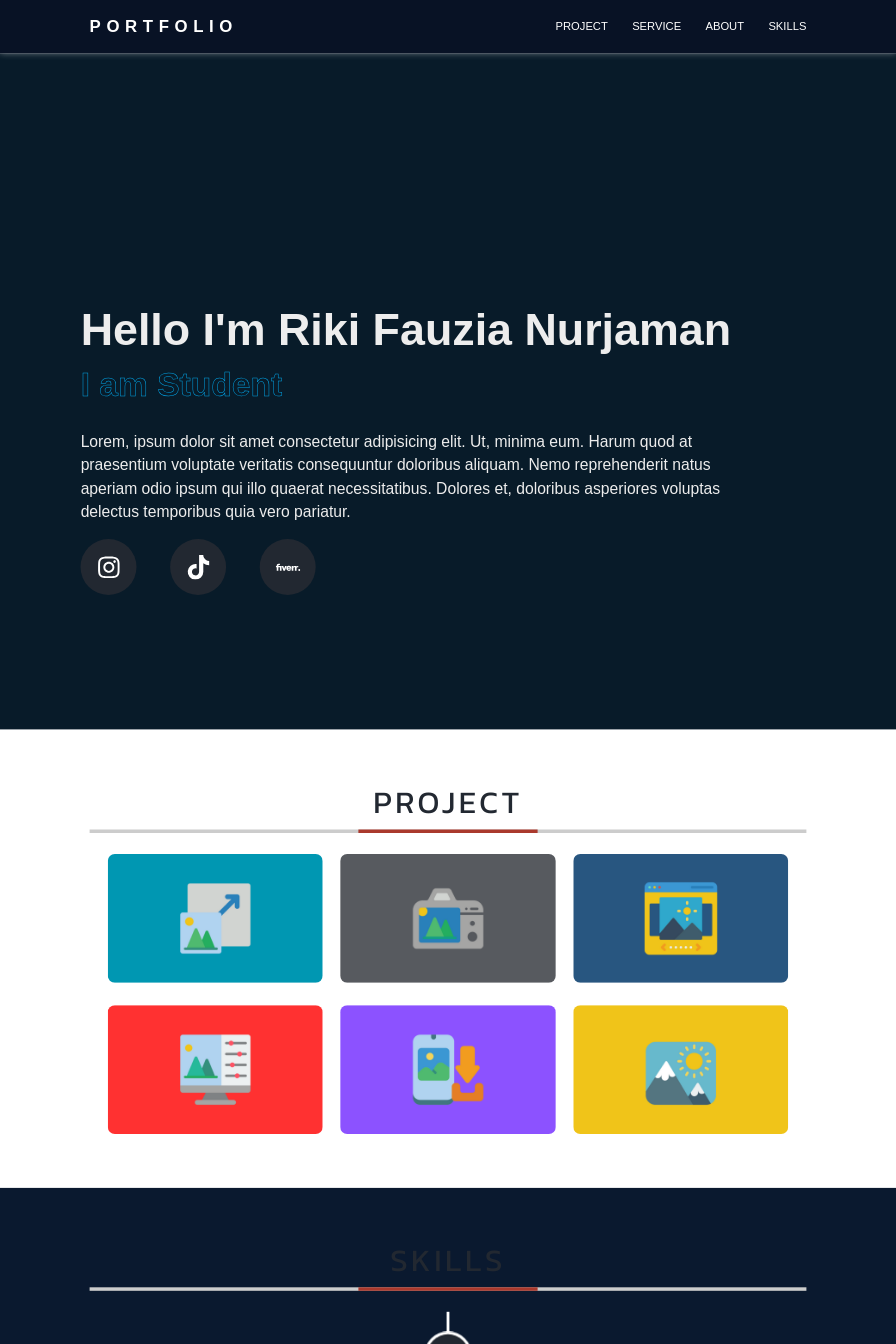
Repository: sellayspy/Portofolio
Page: /
The author's editor kept a copy of each file at every save. The page is drawn from the files as they stood at one save, then again after the next save.
The browser window is 1280 px wide. The pictures show the part of the page from y = 0 to 1920 px (the page is 4094 px tall), at 70% of full size.
The project was rebuilt for these pictures with package versions that can differ from the ones it lists, and the page was loaded fresh each time. Also part of the build but not shown: vite.config.js, src/styles/DetailPortfolio.css, src/components/ScrollToTop.jsx, src/pages/DetailPortfolio.jsx, src/pages/PagesNotFound.jsx.

Above is the page before, as saved 2024-09-15 16:24:59.

### index.html
<!DOCTYPE html>
<html lang="en">
  <head>
    <meta charset="UTF-8" />
    <link rel="icon" type="image/svg+xml" href="/vite.svg" />
    <meta name="viewport" content="width=device-width, initial-scale=1.0" />
    <title>Portofolio RikiFN</title>
  </head>
  <body>
    <div id="root"></div>
    <script type="module" src="/src/main.jsx"></script>
  </body>
</html>

### src/App.jsx
import "./App.css";
import Home from "./pages/Home";
import DetailPortfolio from "./pages/DetailPortfolio";

import { BrowserRouter, Routes, Route } from "react-router-dom";
import PagesNotFound from "./pages/PagesNotFound";

const App = () => {
  return (
    <BrowserRouter>
      <Routes>
        <Route path="/" element={<Home />} />
        <Route path="/portfolio/:id" element={<DetailPortfolio />} />
        <Route path="/pages-not-found" element={<PagesNotFound />} />
        <Route path="*" element={<PagesNotFound />} />
      </Routes>
    </BrowserRouter>
  );
};

export default App;

### src/App.css
/* Global */
@import url("https://fonts.googleapis.com/css2?family=Nunito+Sans:opsz,wght@6..12,300&display=swap");
@import url("https://fonts.googleapis.com/css2?family=Kanit&display=swap");

html,
body {
  margin: 0px;
  padding: 0px;
  border: none;
  outline: none;
  box-sizing: border-box;
  text-decoration: none;
  scroll-behavior: smooth;
  font-family: "poppins", sans-serif;
}
.wrapper {
  width: 1024px;
  margin: auto;
  padding: 20px 0px 20px 0px;
}

section {
  padding: 50px 0px 50px 0px;
}

.wrapper > h3,
.wrapper > h1 {
  text-align: center;
  font-size: 2.8rem;
  margin: 0px 0px 30px 0px;
  padding: 0px;
  font-family: "Kanit", sans-serif;
  color: #222831;
  letter-spacing: 5px;
  text-transform: uppercase;
  border-bottom: 5px solid #cccccc;
}
.wrapper > h3::after,
.wrapper > h1::after {
  content: "";
  display: block;
  border-bottom: 5px solid #aa392d;
  width: 25%;
  position: relative;
  bottom: -5px; /* your padding + border-width */
  margin: auto;
}

@media only screen and (max-width: 1000px) {
  .wrapper {
    width: 80%;
  }
}

### src/pages/Home.jsx
import About from "../components/About";
import Experience from "../components/Experience";
import Footer from "../components/Footer";
import Header from "../components/Header";
import Navbar from "../components/Navbar";
import Portfolio from "../components/Portfolio";

function Home() {
  return (
    <>
      <Navbar />
      <Header />
      <Portfolio />
      <Experience />
      <About />
      <Footer />
    </>
  );
}

export default Home;

### src/components/About.jsx
import { FaHtml5 } from "react-icons/fa";
import { IoLogoJavascript } from "react-icons/io";
import { FaCss3 } from "react-icons/fa";
import { FaLaravel } from "react-icons/fa";
import { FaReact } from "react-icons/fa";
import { RiTailwindCssFill } from "react-icons/ri";
import { SiCoreldraw } from "react-icons/si";
import { SiAdobephotoshop } from "react-icons/si";
import "../styles/About.css";

const About = () => {
  return (
    <section id="about">
      <div className="wrapper">
        <h3>About</h3>
        <p>
          Lorem ipsum dolor sit amet consectetur adipisicing elit. Totam magni,
          dolorum, explicabo obcaecati ut impedit officiis quae non natus
          praesentium ex, excepturi asperiores laboriosam distinctio vitae
          cupiditate nulla debitis consectetur?
        </p>
        <p>
          Lorem ipsum dolor sit amet consectetur, adipisicing elit. Corporis,
          similique.
        </p>
        <p>Lorem ipsum dolor sit amet.</p>
        <h4>Programing Language & Tools</h4>
        <div className="skills">
          <FaHtml5 />
          <FaCss3 />
          <IoLogoJavascript />
          <RiTailwindCssFill />
          <FaLaravel />
          <FaReact />
          <SiCoreldraw />
          <SiAdobephotoshop />
        </div>
      </div>
    </section>
  );
};

export default About;

### src/components/Experience.jsx
import {
  VerticalTimeline,
  VerticalTimelineElement,
} from "react-vertical-timeline-component";
import "react-vertical-timeline-component/style.min.css";
import { SiNestjs } from "react-icons/si";
import { FaLaravel } from "react-icons/fa";
import { RiReactjsLine } from "react-icons/ri";
import { RiNextjsFill } from "react-icons/ri";
import { FaJava } from "react-icons/fa";
import { SiCoreldraw } from "react-icons/si";
import { DiPhotoshop } from "react-icons/di";
import "../styles/Experience.css";
const Experience = () => {
  return (
    <section id="experience">
      <div className="wrapper">
        <h3>Skills</h3>

        <VerticalTimeline>
          <VerticalTimelineElement
            className="vertical-timeline-element--work"
            iconStyle={{ background: "#222831", color: "#fff" }}
            icon={<SiCoreldraw />}
          >
            <h3 className="vertical-timeline-element-title">Design Grafis</h3>
            <h4 className="vertical-timeline-element-subtitle">
              2018 - Present
            </h4>
            <p>User Experience, Visual Design</p>
          </VerticalTimelineElement>
          <VerticalTimelineElement
            className="vertical-timeline-element--work"
            iconStyle={{ background: "#222831", color: "#fff" }}
            icon={<DiPhotoshop />}
          >
            <h3 className="vertical-timeline-element-title">Design Grafis</h3>
            <h4 className="vertical-timeline-element-subtitle">
              2018 - Present
            </h4>
            <p>User Experience, Visual Design</p>
          </VerticalTimelineElement>
          <VerticalTimelineElement
            className="vertical-timeline-element--work"
            iconStyle={{ background: "#222831", color: "#fff" }}
            icon={<RiReactjsLine />}
          >
            <h3 className="vertical-timeline-element-title">Web Development</h3>
            <h4 className="vertical-timeline-element-subtitle">
              2018 - Present
            </h4>
            <p>User Experience, Visual Design</p>
          </VerticalTimelineElement>
          <VerticalTimelineElement
            className="vertical-timeline-element--work"
            date="2024 - present"
            iconStyle={{ background: "#222831", color: "#fff" }}
            icon={<RiNextjsFill />}
          >
            <h3 className="vertical-timeline-element-title">Web Designer</h3>
            <h4 className="vertical-timeline-element-subtitle">
              Los Angeles, CA
            </h4>
            <p>User Experience, Visual Design</p>
          </VerticalTimelineElement>
          <VerticalTimelineElement
            className="vertical-timeline-element--work"
            date="2024 - present"
            iconStyle={{ background: "#222831", color: "#fff" }}
            icon={<FaJava />}
          >
            <h3 className="vertical-timeline-element-title">Web Designer</h3>
            <h4 className="vertical-timeline-element-subtitle">
              Los Angeles, CA
            </h4>
            <p>User Experience, Visual Design</p>
          </VerticalTimelineElement>
          <VerticalTimelineElement
            className="vertical-timeline-element--work"
            date="2024 - present"
            iconStyle={{ background: "#222831", color: "#fff" }}
            icon={<SiCoreldraw />}
          >
            <h3 className="vertical-timeline-element-title">Web Designer</h3>
            <h4 className="vertical-timeline-element-subtitle">
              Los Angeles, CA
            </h4>
            <p>User Experience, Visual Design</p>
          </VerticalTimelineElement>
          <VerticalTimelineElement
            className="vertical-timeline-element--work"
            date="2024 - present"
            iconStyle={{ background: "#222831", color: "#fff" }}
            icon={<DiPhotoshop />}
          >
            <h3 className="vertical-timeline-element-title">Web Designer</h3>
            <h4 className="vertical-timeline-element-subtitle">
              Los Angeles, CA
            </h4>
            <p>User Experience, Visual Design</p>
          </VerticalTimelineElement>
        </VerticalTimeline>
      </div>
    </section>
  );
};

export default Experience;

### src/components/Footer.jsx
import "../styles/Footer.css";

const Footer = () => {
  return <footer>&copy; 2024. Riki Fauzia Nurjaman</footer>;
};

export default Footer;

### src/components/Header.jsx
import profilePicture from "../assets/test.png";
import { FaInstagram } from "react-icons/fa";
import { FaTiktok } from "react-icons/fa";
import { SiFiverr } from "react-icons/si";
import "../styles/Header.css";
const Header = () => {
  return (
    <header>
      <div className="header-jumbotron">
        <h1>Hello I'm Riki Fauzia Nurjaman</h1>
        <h2>
          I am <span className="type-animation">Student</span>
        </h2>
        <p>
          Lorem, ipsum dolor sit amet consectetur adipisicing elit. Ut, minima
          eum. Harum quod at praesentium voluptate veritatis consequuntur
          doloribus aliquam. Nemo reprehenderit natus aperiam odio ipsum qui
          illo quaerat necessitatibus. Dolores et, doloribus asperiores voluptas
          delectus temporibus quia vero pariatur.
        </p>
        <div className="socialMedia">
          <a href="https://www.instagram.com/rikifauzianurjaman/">
            <FaInstagram />
          </a>
          <a href="https://www.tiktok.com/@officialspylike">
            <FaTiktok />
          </a>
          <a href="https://www.fiverr.com/rikifauzianurja">
            <SiFiverr />
          </a>
        </div>
      </div>
    </header>
  );
};

export default Header;

### src/components/Navbar.jsx
import { FaBars } from "react-icons/fa6";
import { IoClose } from "react-icons/io5";
import "../styles/Navbar.css";
import { useState } from "react";
import { HashLink } from "react-router-hash-link";
import { Link } from "react-router-dom";

const Navbar = () => {
  const [statusTampil, setStatusTampil] = useState("");

  const tampilMenu = () => {
    if (statusTampil == "") {
      setStatusTampil("tampil");
    } else {
      setStatusTampil("");
    }
  };
  return (
    <nav>
      <div className="wrapper">
        <div className="logo">
          <Link to="/">Portfolio</Link>
        </div>
        <button onClick={tampilMenu}>
          {statusTampil == "" ? <FaBars /> : <IoClose />}
        </button>
        <div className={`menu ${statusTampil}`} onClick={tampilMenu}>
          <ul>
            <li>
              <HashLink to="/#portfolio">Project</HashLink>
            </li>
            <li>
              <HashLink to="/#contact">Service</HashLink>
            </li>
            <li>
              <HashLink to="/#about">About</HashLink>
            </li>
            <li>
              <HashLink to="/#experience">Skills</HashLink>
            </li>
          </ul>
        </div>
      </div>
    </nav>
  );
};

export default Navbar;

### src/components/Portfolio.jsx
import { portfolioList } from "../data/DataPortfolio";

import { Link } from "react-router-dom";

import "../styles/Portfolio.css";

const Portfolio = () => {
  return (
    <section id="portfolio">
      <div className="wrapper">
        <h3>Project</h3>
        <div className="grid">
          {portfolioList.map((item) => {
            return (
              <div className="item" key={item.id}>
                <Link to={`/portfolio/${item.id}`}>
                  <img src={item.image} />
                </Link>
              </div>
            );
          })}
        </div>
      </div>
    </section>
  );
};

export default Portfolio;

### src/data/DataPortfolio.jsx
import portfolio1 from "../assets/portfolio1.png";
import portfolio2 from "../assets/portfolio2.png";
import portfolio3 from "../assets/portfolio3.png";
import portfolio4 from "../assets/portfolio4.png";
import portfolio5 from "../assets/portfolio5.png";
import portfolio6 from "../assets/portfolio6.png";

export const portfolioList = [
  {
    id: "1",
    title: "Website Portofolio",
    image: portfolio1,
    skill: "html, css, javascript",
  },
  {
    id: "2",
    title: "Website Portofolio2",
    image: portfolio2,
    skill: "laravel, react, api, typescript, tailwind",
  },
  {
    id: "3",
    title: "Website Portofolio3",
    image: portfolio3,
    skill: "react, javascript, css, html",
  },
  {
    id: "4",
    title: "Website Portofolio4",
    image: portfolio4,
    skill: "reactjs, typescript, tailwind, nodejs",
  },
  {
    id: "5",
    title: "Desain Grafis Portofolio",
    image: portfolio5,
    skill: "adobephotoshop, coreldraw",
  },
  {
    id: "6",
    title: "Desain Grafis Portofolio2",
    image: portfolio6,
    skill: "adobephotoshop, coreldraw",
  },
];

### src/styles/About.css
#about {
  background-color: #eaedef;
  position: relative;
  font-size: 1.2rem;
}
#about > .wrapper {
  margin: auto;
  width: 50%;
}
#about > .wrapper > h3 {
  text-align: center;
  font-size: 2.8rem;
  margin: 0px 0px 30px 0px;
  padding: 0px;
  font-family: "Kanit", sans-serif;
  color: #333;
  letter-spacing: 5px;
  text-transform: uppercase;
}
#about > .wrapper > p {
  text-align: center;
}

#about > .wrapper > h4 {
  text-align: center;
  font-size: 1.4rem;
  margin: 0px 0px 20px 0px;
  padding: 0px;
  font-family: "Kanit", sans-serif;
  letter-spacing: 5px;
  color: #333;
}
.skills {
  text-align: center;
}
.skills > svg {
  display: inline-block;
  color: #74797e;
  width: 50px;
  height: auto;
  margin: 10px;
  cursor: pointer;
}

.skills > svg:hover {
  color: #aa392d;
}

@media only screen and (max-width: 1000px) {
  #about > .wrapper {
    width: 80%;
  }
}

### src/styles/Experience.css
#experience {
  background-color: #0a192f;
  position: relative;
}

### src/styles/Footer.css
footer {
  background-color: #39404a;
  text-align: center;
  line-height: 100px;
  color: #fff;
  letter-spacing: 5px;
}

### src/styles/Header.css
:root {
  --bg-color: #081b29;
  --second-bg-color: #112e43;
  --text-color: #ededed;
  --main-color: #00abf0;
}

header {
  background-color: var(--bg-color);
  color: var(--text-color);
  padding: 10rem 9% 2rem;
}

.header-jumbotron {
  width: 60rem;
  padding: 10rem 0;
}

.header-jumbotron h1 {
  font-size: 4rem;
  line-height: 1;
}

.header-jumbotron h2 {
  margin-top: -20px;
  font-size: 3rem;
  color: transparent;
  -webkit-text-stroke: 0.7px var(--main-color);
  line-height: 1;
}

.header-jumbotron p {
  font-size: 1.4rem;
  line-height: 1.5;
}

.socialMedia {
  color: #fff;
  display: flex;
  gap: 3rem;
}

.socialMedia > a {
  background-color: #222831;
  color: #fff;
  width: 80px;
  height: 80px;
  border-radius: 50%;
  display: flex;
  justify-content: center;
  align-items: center;
  transition: transform 0.3s ease-in-out;
}

.socialMedia > a > svg {
  height: 35px;
  width: auto;
}

/*
.socialMedia > a:hover {
  background-color: #aa392d;
  box-shadow: 0px 0px 10px rgba(255, 255, 255, 0.5);
  transform: scale(1.2);
} */

/* .header-jumbotron > img {
  width: 280px;
  border: 5px solid skyblue;
  border-radius: 100%;
  box-shadow: 0px 0px 20px rgba(255, 255, 255, 0.5);
}

.header-jumbotron > .header-text > .animated-tex {
  color: #fff;
  margin: 20px 0px 0px 0px;
  padding: 0px;
  font-size: 2.5rem;
}

.animated-tex span {
  position: relative;
}

.animated-tex span::before {
  content: "Student";
  background: linear-gradient(270deg, #df8908 10%, #b415ff 100%);
  background-clip: text;
  -webkit-background-clip: text;
  -webkit-text-fill-color: transparent;
  animation: words 20s infinite;
}

.animated-tex span::after {
  content: "";
  position: absolute;
  width: calc(100% + 8px);
  height: 100%;
  background-color: #0a192f;
  border-left: 2px solid #e03fd8;
  right: -2px;
  animation: cursor 0.8s infinite, typing 20s steps(14) infinite;
}
@keyframes cursor {
  to {
    border-left: 2px solid #fff;
  }
}
@keyframes words {
  0%,
  34% {
    content: "Programmer";
  }
  25%,
  68% {
    content: "Designer";
  }
  69%,
  100% {
    content: "Gamer";
  }
}
@keyframes typing {
  10%,
  15%,
  30%,
  35%,
  50%,
  55%,
  70%,
  75%,
  90%,
  95% {
    width: 0;
  }
  5%,
  20%,
  25%,
  40%,
  45%,
  60%,
  65%,
  80%,
  85% {
    width: calc(100% + 8px);
  }
}

.header-jumbotron > .header-text > h3 {
  position: relative;
  color: #0e3742;
  margin: 10px 0px 0px 0px;
  padding: 0px;
  font-size: 3.5rem;
  text-transform: uppercase;
  line-height: 0.7em;
  outline: none;
  animation: animate 5s linear forwards;
}

@keyframes animate {
  0% {
    color: #0e3742;
    text-shadow: none;
  }
  100% {
    color: #fff;
    text-shadow: 0 0 10px #03bcf4, 0 0 20px #03bcf4, 0 0 40px #03bcf4,
      0 0 80px #03bcf4, 0 0 160px #03bcf4;
  }
}

.header-jumbotron > .header-text > p {
  padding: 15px;
  margin: 0px 5px 20px 5px;
  color: #fff;
  font-size: 1.2rem;
}

} */

### src/styles/Navbar.css
nav {
  background-color: #081225;
  color: #fff;
  position: sticky;
  top: 0;
  z-index: 100;
  text-transform: uppercase;
  box-shadow: 0px 0px 10px rgba(255, 255, 255, 0.5);
}
nav > .wrapper {
  display: flex;
  justify-content: space-between;
  align-items: center;
}

.menu {
  width: 35%;
}

.logo {
  display: flex;
  align-items: center;
}
.logo > a {
  color: #fff;
  text-decoration: none;
  font-size: 1.5rem;
  font-weight: 900;
  letter-spacing: 8px;
}
.menu > ul {
  display: flex;
  list-style-type: none;
  margin: 0px;
  padding: 0px;
  justify-content: space-between;
  font-weight: bold;
}

.menu > ul > li > a {
  position: relative;
  text-decoration: none;
  color: #fff;
}

.menu > ul > li > a::before {
  content: "";
  position: absolute;
  top: 100%;
  left: 0;
  width: 0;
  height: 2px;
  background: yellow;
  transition: 0.3s;
}

.menu > ul > li > a:hover::before {
  width: 100%;
}

nav > .wrapper > button {
  cursor: pointer;
  display: none;
  position: absolute;
  right: 10px;
  top: 10px;
  border: 0px;
  background-color: transparent;
  padding: 0px;
}
nav > .wrapper > button > svg {
  color: #fff;
  font-size: 50px;
}
@media only screen and (max-width: 1000px) {
  .menu > ul {
    display: none;
  }
  .menu.tampil > ul {
    display: inline;
  }
  .menu {
    text-align: right;
  }
  nav > .wrapper > button {
    display: inline;
  }
  .menu > ul {
    flex-direction: column;
    background-color: #060d1c;
    width: 100%;
    position: fixed;
    top: 70px;
    left: 0;
  }
  .menu > ul > li {
    text-align: left;
    cursor: pointer;
  }
  .menu > ul > li > a {
    display: inline-block;
    padding: 15px 20px 15px 50px;
    width: 100%;
  }
  .menu > ul > li > a:hover {
    background-color: #000;
  }
}

### src/styles/Portfolio.css
.grid {
  display: grid;
  grid-template-columns: 30% 30% 30%;
  grid-gap: 25px;
  justify-content: center;
}

.grid > .item > a > img {
  width: 100%;
  border-radius: 10px;
}

@media only screen and (max-width: 1000px) {
  .grid {
    grid-template-columns: 45% 45%;
  }
}

Loaded but not shown: src/main.jsx (common file); src/index.css (common file)

After the next save:
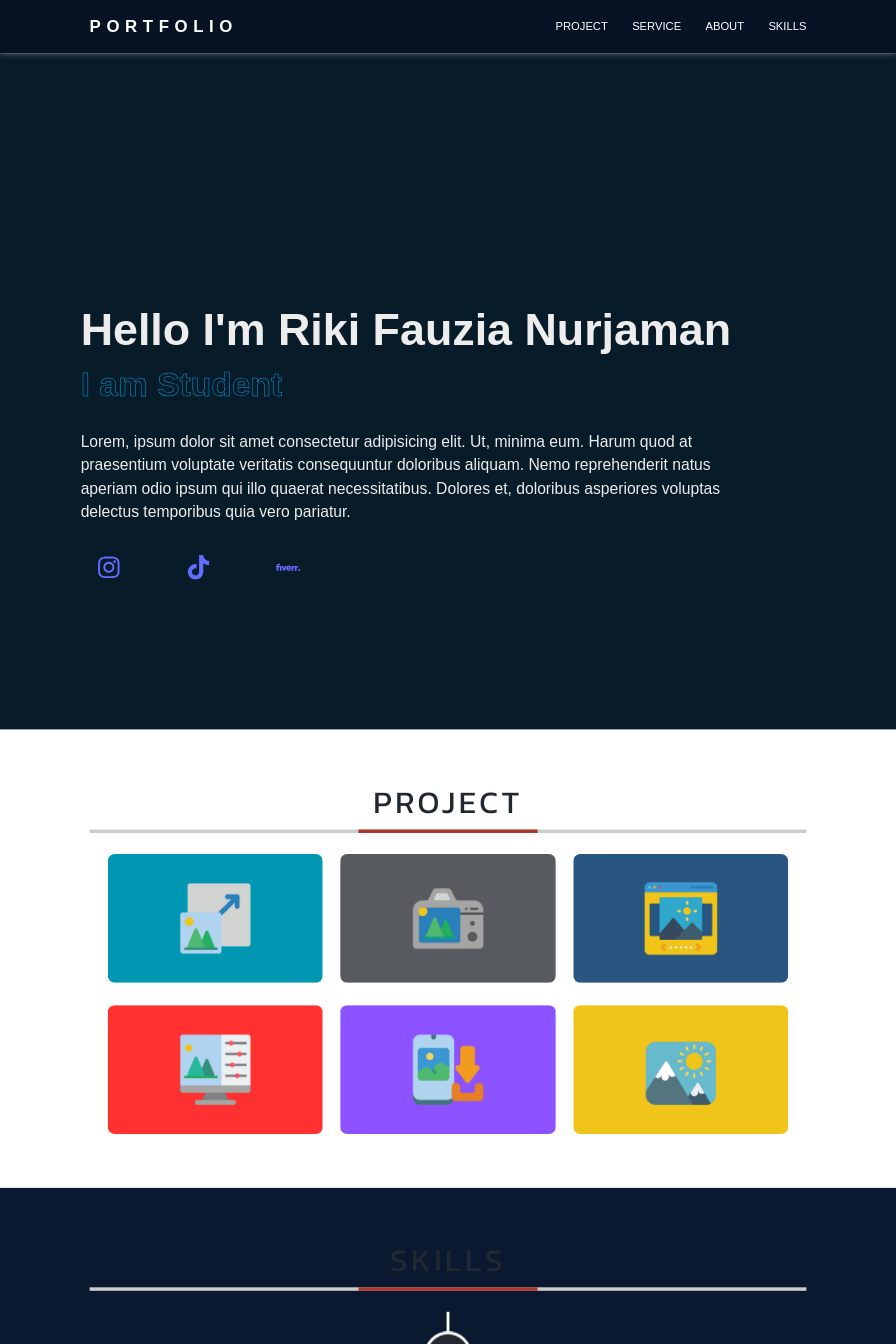
Saved 29 s later.
--- a/src/styles/Header.css
+++ b/src/styles/Header.css
@@ -41,7 +41,7 @@ header {
 }
 
 .socialMedia > a {
-  background-color: #222831;
+  background: transparent
   color: #fff;
   width: 80px;
   height: 80px;
